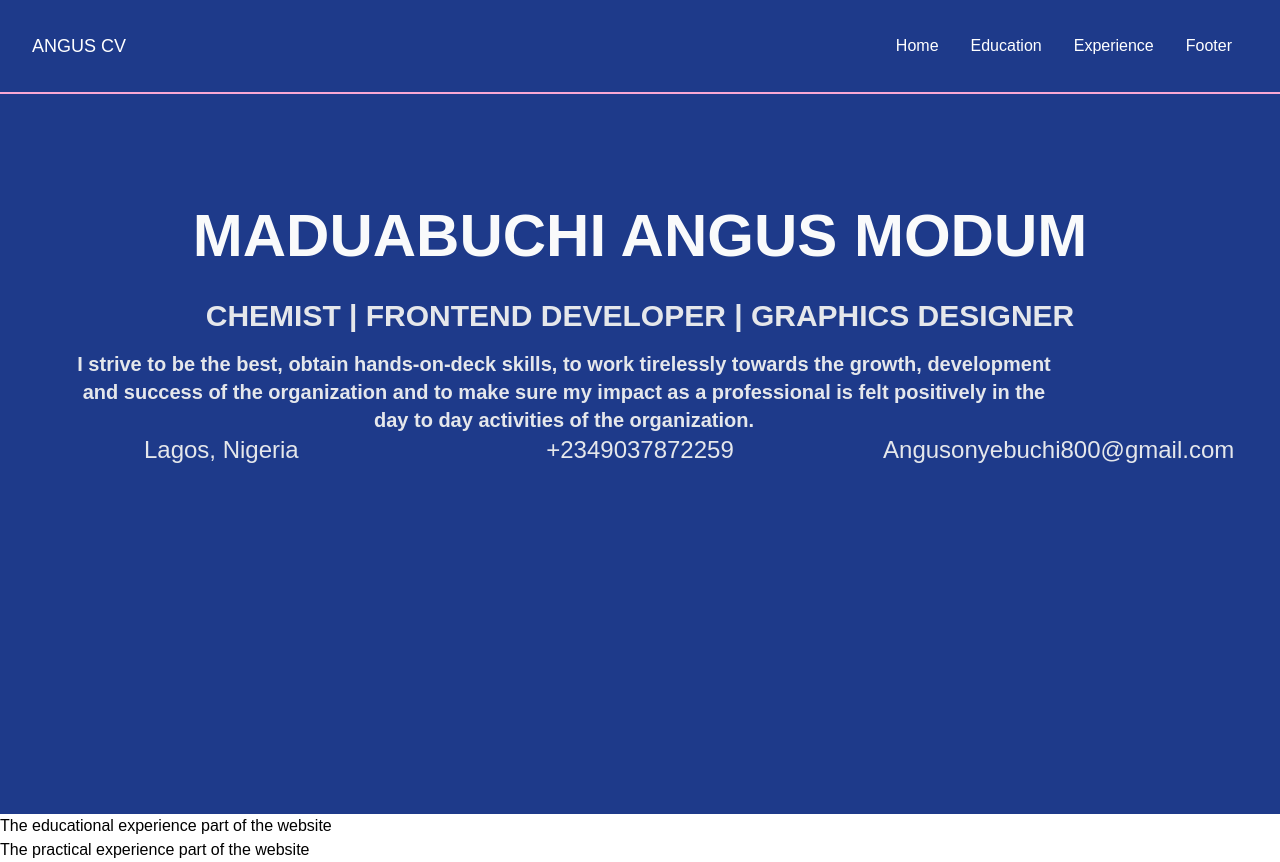
Repository: AngusOnyebuchi/AngusOnyebuchi.github.io
Page: /
An editor plug-in stored every save of this project. The page is shown before and after the next save, followed by the edit.
The browser window is 1280 px wide. The pictures show the whole page.
The project was rebuilt for these pictures with package versions that can differ from the ones it lists, and the page was loaded fresh each time.

Above is the page before, as saved 2022-04-17 15:54:34.

### public/index.html
<!DOCTYPE html>
<html lang="en">
  <head>
    <meta charset="utf-8" />
    <link rel="icon" href="%PUBLIC_URL%/favicon.ico" />
    <meta name="viewport" content="width=device-width, initial-scale=1" />
    <meta name="theme-color" content="#000000" />
    <meta
      name="description"
      content="Web site created using create-react-app"
    />
    <link rel="apple-touch-icon" href="%PUBLIC_URL%/logo192.png" />
    <!--
      manifest.json provides metadata used when your web app is installed on a
      user's mobile device or desktop. See https://developers.google.com/web/fundamentals/web-app-manifest/
    -->
    <link rel="manifest" href="%PUBLIC_URL%/manifest.json" />
    <!--
      Notice the use of %PUBLIC_URL% in the tags above.
      It will be replaced with the URL of the `public` folder during the build.
      Only files inside the `public` folder can be referenced from the HTML.

      Unlike "/favicon.ico" or "favicon.ico", "%PUBLIC_URL%/favicon.ico" will
      work correctly both with client-side routing and a non-root public URL.
      Learn how to configure a non-root public URL by running `npm run build`.
    -->
    <title>Angus CV </title>
  </head>
  <body>
    <noscript>You need to enable JavaScript to run this app.</noscript>
    <div id="root"></div>
    <!--
      This HTML file is a template.
      If you open it directly in the browser, you will see an empty page.

      You can add webfonts, meta tags, or analytics to this file.
      The build step will place the bundled scripts into the <body> tag.

      To begin the development, run `npm start` or `yarn start`.
      To create a production bundle, use `npm run build` or `yarn build`.
    -->
  </body>
</html>

### src/index.js
import React from "react";
import ReactDOM from "react-dom";
import "./style.css"
import App from "./App";

ReactDOM.render(<App/>, document.getElementById("root"))

### src/style.css
@tailwind base;
@tailwind components;
@tailwind utilities;

@layer base {
    body{
        @apply font-[Sans-serif];
    }
    li {
        @apply px-4;
        @apply cursor-pointer;
    }
}

### src/App.js
import React from "react";
import Home from "./components/Home"
import Education from "./components/Education";
import Experience from "./components/Experience";
import NavBar from "./components/NavBar";

export default function App() {
  return (
    <div>
      <NavBar/>
      <Home/>
      <Education/>
      <Experience/>
    </div>
  )
}

### src/components/Home.js
import React from "react";

export default function Home() {
    return (
        <div className="w-full h-screen p-4 bg-blue-900 text-gray-200">
            <h1 className="text-4xl md:text-6xl font-bold uppercase pt-24 text-center text-gray-50">Maduabuchi Angus Modum</h1>
            <h3 className="text-xl md:text-3xl font-bold uppercase pt-8 text-center">Chemist | Frontend Developer | Graphics Designer</h3>
            <p className="font-bold text-center justify-center text-lg md:text-xl max-w-[1000px] mx-12 mt-4">I strive to be the best, obtain hands-on-deck skills,
                to work tirelessly towards the growth, development and success of the organization and to make sure my impact
                as a professional is felt positively in the day to day activities of the organization.</p>

            <div className="grid grid-cols-3 gap-2 text-2xl text-center">
                <h4 className="mx-0">Lagos, Nigeria</h4>
                <h4 className="mx-0">+2349037872259</h4>
                <h4  className="mx-0">Angusonyebuchi800@gmail.com</h4>
            </div>
        </div>
    )
}

### src/components/Education.js
import React from "react";

export default function Education() {
    return(
        <div>
            <h1>The educational experience part of the website</h1>
        </div>
    )
}

### src/components/Experience.js
import React from "react";

export default function Experience() {
    return(
        <div>
            <h1>The practical experience part of the website</h1>
        </div>
    )
}

### src/components/NavBar.js
import React, {useState} from "react";
import {FaTimes, FaBars} from "react-icons/fa"

export default function NavBar() {

    const [nav, setNav] = useState(true)
    const toggle = () => setNav(!nav)

    return(
        <div className="bg-blue-900 text-white w-full p-8 flex justify-between items-center border-b-2 border-pink-300">
            <h1 className="uppercase text-lg">Angus CV</h1>

            <ul className=" hidden sm:flex justify-between">
                <li className="hover:border-b-2 border-pink-300 ">Home</li>
                <li className="hover:border-b-2 border-pink-300 ">Education</li>
                <li className="hover:border-b-2 border-pink-300 ">Experience</li>
                <li className="hover:border-b-2 border-pink-300 ">Footer</li>
            </ul>

            {/** Mobile list */}
            <div onClick={toggle} className="sm:hidden z-10">
                {nav ? <FaBars/> : <FaTimes/>}
            </div>
            <ul className={nav ? 'hidden' : 'absolute top-0 left-0 w-full h-screen bg-inherit flex flex-col justify-center items-center my-8 sm:hidden'}>
                    <li>Home</li>
                    <li>Education</li>
                    <li>Experience</li>
                    <li>Footer</li>
            </ul>
        </div>
    )
}

Loaded but not shown: tailwind.config.js (common file)

After the next save:
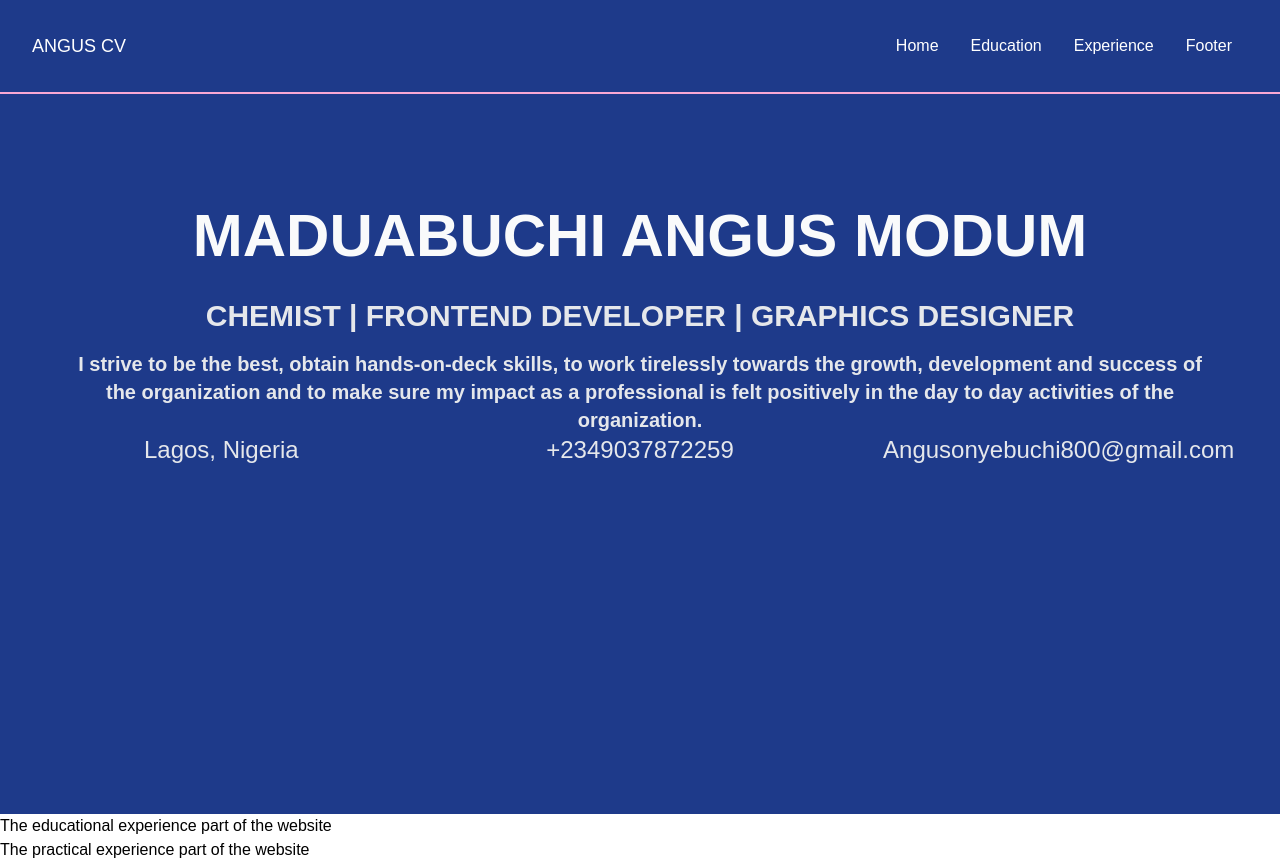
Saved 119 s later.
--- a/src/components/Home.js
+++ b/src/components/Home.js
@@ -5,7 +5,7 @@ export default function Home() {
         <div className="w-full h-screen p-4 bg-blue-900 text-gray-200">
             <h1 className="text-4xl md:text-6xl font-bold uppercase pt-24 text-center text-gray-50">Maduabuchi Angus Modum</h1>
             <h3 className="text-xl md:text-3xl font-bold uppercase pt-8 text-center">Chemist | Frontend Developer | Graphics Designer</h3>
-            <p className="font-bold text-center justify-center text-lg md:text-xl max-w-[1000px] mx-12 mt-4">I strive to be the best, obtain hands-on-deck skills,
+            <p className="font-bold text-center justify-center text-lg md:text-xl max-w-[1200px] mx-12 mt-4">I strive to be the best, obtain hands-on-deck skills,
                 to work tirelessly towards the growth, development and success of the organization and to make sure my impact
                 as a professional is felt positively in the day to day activities of the organization.</p>
 
